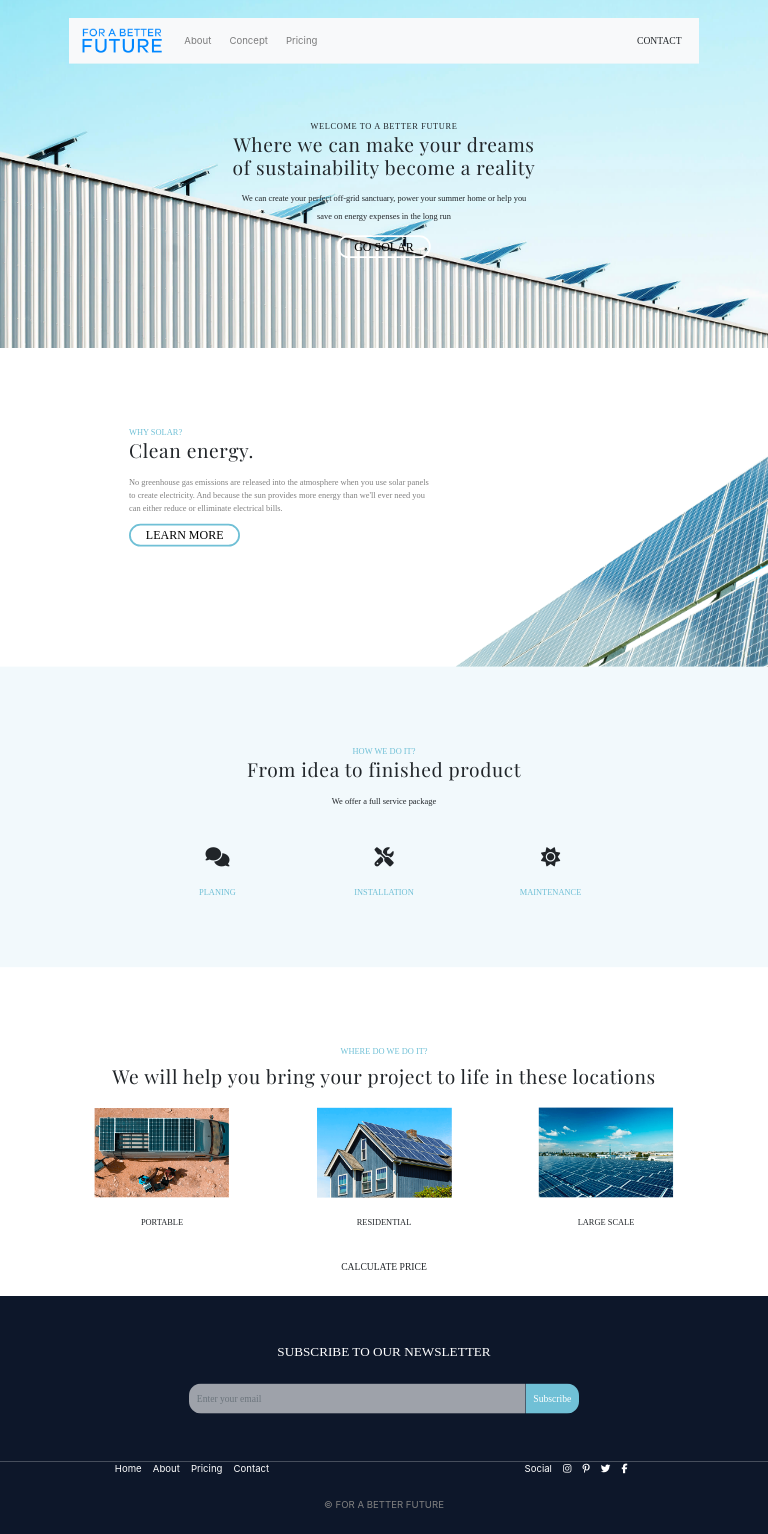
Repository: sabinemm/fabf
Page: index.html
The author's editor kept a record of every edit. The page is drawn from the files as they stood at one moment, then again after the next edit.
The browser window is 1280 px wide. The pictures show the whole page, at 60% of full size.
Backgrounds fixed to the window are drawn as part of the page. Some web fonts or font styles are not loaded; a fallback is used. Some web libraries are served in a nearby version.

Above is the page before.

### index.html
<!DOCTYPE html>
<html lang="en">

<head>
    <meta charset="UTF-8">
    <meta name="viewport" content="width=device-width, initial-scale=1.0">
    <meta http-equiv="X-UA-Compatible" content="ie=edge">
    <link rel="stylesheet" href="./style.css" type="text/css" />
    <link rel="stylesheet" href="https://stackpath.bootstrapcdn.com/bootstrap/4.3.1/css/bootstrap.min.css" integrity="sha384-ggOyR0iXCbMQv3Xipma34MD+dH/1fQ784/j6cY/iJTQUOhcWr7x9JvoRxT2MZw1T" crossorigin="anonymous">
    <link rel="stylesheet" media="screen" href="https://fontlibrary.org/face/roundo" type="text/css" />
    <link rel="stylesheet" media="screen" href="https://fontlibrary.org/face/source-sans-pro" type="text/css" />
    <link href="https://fonts.googleapis.com/css?family=Playfair+Display&display=swap" rel="stylesheet">

    <title>FOR A BETTER FUTURE</title>
</head>

<body>

    <!–-----– NAVBAR ------->

    <div class="container">
        <nav class="navbar navbar-fixed-top navbar-expand-lg navbar-light bg-light">
            <a class="navbar-brand" href="#">
              <img src="./assets/img/logo.svg" height="50px"alt="logo" class="logo">
            </a>
            <button class="navbar-toggler" type="button" data-toggle="collapse" data-target="#navbarText" aria-controls="navbarText" aria-expanded="false" aria-label="Toggle navigation">
                <span class="navbar-toggler-icon"></span>
             </button>
             <div class="collapse navbar-collapse justify-content-center" id="navbarText">
                    <ul class="navbar-nav mr-auto">
                        <li class="nav-item">
                            <a class="nav-link" href="#">About</a>
                        </li>
                        <li class="nav-item">
                            <a class="nav-link" href="#">Concept</a>
                        </li>
                        <li class="nav-item">
                            <a class="nav-link" href="#">Pricing</a>
                        </li>
                    </ul>
                    <span class="navbar-text">
                          <button type="button" class="btn btn-blue-border">CONTACT</button>
                    </span>
            </div>
        </nav>
    </div>

    <!–-----– FIRST SECTION ------->

    <section id="parallax">
        <div class="container">
            <div class="ltitle text-center">
                <p class="uppercase stitle">WELCOME TO A BETTER FUTURE</p>
                <h2> Where we can make your dreams <br> of sustainability become a reality </h2>
                <p class="tparagraph"> We can create your perfect off-grid sanctuary, power your summer home or help you <br> save on energy expenses in the long run</p>
                <button type="button" class="btn-transp-white-border">GO SOLAR</button>
            </div>
        </div>
    </section>

    <!–-----– SECOND SECTION - WHY?------->

    <section id="clean">
        <div class="container container-fluid section-2">
            <div class="row">
                <div class="col col-md-6">
                    <p class="uppercase stitle stitle-blue">WHY SOLAR?</p>
                    <h2 class="ltitle ltitle2"> Clean energy.</h2>
                    <p class="tparagraph tparagraph2"> No greenhouse gas emissions are released into the atmosphere when you use solar panels to create electricity. And because the sun provides more energy than we'll ever need you can either reduce or elliminate electrical bills. </p>
                    <button type="button" class="btn-blue-border">LEARN MORE</button>

                </div>
            </div>

            <div class="container">
                <div class="col col-md-6 offset-md-6">
                    <img src="./assets/img/sidepanel.png" class="sidepanel img-responsive"></img>
                </div>
            </div>
        </div>

    </section>

    <!–-----– THIRD SECTION - HOW? ------->

    <section id="idea">
        <div class="idea-title text-center">
            <p class="uppercase stitle stitle-blue">HOW WE DO IT?</p>
            <h2 class="ltitle ltitle2"> From idea to finished product</h2>
            <p class="tparagraph">We offer a full service package</p>

        </div>
        <div class="container container-fluid ">
            <div class="row m-auto text-center justify-content-center">
                <div class=" col-sm-3 col-md-3">
                    <div class="icon-an"><i class="fas fa-comments fa-2x"></i></div>
                    <p class="uppercase stitle stitle-blue stitlen">PLANING</p>
                </div>
                <div class="col-sm-3 col-md-3">
                    <div class="icon-an"><i class="fas fa-tools fa-2x"></i></div>
                    <p class="uppercase stitle stitle-blue stitlen">INSTALLATION</p>
                </div>
                <div class="col-sm-3 col-md-3">
                    <div class="icon-an"><i class="fas fa-sun fa-2x"></i></div>
                    <p class="uppercase stitle stitle-blue stitlen">MAINTENANCE</p>
                </div>
            </div>

        </div>

    </section>

    <!–-----– FOURTH SECTION - WHERE ------->

    <section id="where">
        <div class=" text-center">
            <p class="uppercase stitle stitle-blue">WHERE DO WE DO IT?</p>
            <h2 class="ltitle wheretitle">We will help you bring your project to life in these locations</h2>


        </div>
        <div class="container container-fluid ">
            <div class="row m-auto text-center justify-content-center">
                <div class=" col-sm-12  col-md-4">
                    <img class="whereimg" src="./assets/img/portable.png"></img>
                    <p class="uppercase stitle stitlen">PORTABLE</p>
                </div>
                <div class="col-sm-12 col-md-4">
                    <img class="whereimg" src="./assets/img/residential.png"></img>
                    <p class="uppercase stitle stitlen">RESIDENTIAL</p>
                </div>
                <div class="col-sm-12 col-md-4">
                    <img class="whereimg" src="./assets/img/large.png"></img>
                    <p class="uppercase stitle stitlen">LARGE SCALE</p>
                </div>
            </div>

        </div>

        <div class="container-fluid">
            <div class="row">
                <div class="col text-center">
                    <button  href="#" type="button" class="btn btn-blue-border ">CALCULATE PRICE</button>
                </div>
            </div>
        </div>


    </section>

    <!–-----– FOOTER ------->

    <section class="home-newsletter">
        <div class="container">
            <div class="row">
                <div class="col-sm-12">
                    <div class="single">
                        <h2>Subscribe to our Newsletter</h2>
                        <div class="input-group">
                            <input type="email" class="form-control" placeholder="Enter your email">
                            <span class="input-group-btn">
         <button class="btn btn-theme" type="submit">Subscribe</button>
         </span>
                        </div>
                    </div>
                </div>
            </div>
        </div>
    </section>

    <section class="footer text-center">
        <div class="container-fluid">
            <div class="row">
                <div class="col-sm-6">
                    <ul class="list-unstyled">
                        <li  class="footer-item"><a href="index.html">Home</a></li>
                        <li  class="footer-item"><a href="#">About</a></li>
                        <li  class="footer-item"><a href="#">Pricing</a></li>
                        <li  class="footer-item"><a href="#">Contact</a></li>

                    </ul>
                </div>
                <div class="col-sm-6">
                    <ul class="list-unstyled">
                    <li class="footer-item">Social</li>
                    <li class="footer-item social-icon" ><a href="#"><i class="fab fa-instagram "></i></a> </li>
                    <li class="footer-item social-icon"><a href="#"><i class="fab fa-pinterest-p "></i></a> </li>
                    <li class="footer-item social-icon" ><a href="#"><i class="fab fa-twitter"></i> </a></li>
                    <li class="footer-item social-icon"><a href="#"><i class="fab fa-facebook-f"></i> </a></li>
                    </ul>
                </div>
            </div>
            <div class="row">
                <div class="col-sm-12">
                    <div class="footer-copyright">
                        <p>© FOR A BETTER FUTURE</p>
                    </div>
                </div>
            </div>
        </div>
    </section>

 <script src="//code.jquery.com/jquery-1.11.1.min.js"></script>
  <script src="//maxcdn.bootstrapcdn.com/bootstrap/3.3.0/js/bootstrap.min.js"></script>
  <script src="https://kit.fontawesome.com/7e530e9396.js"></script>


</body>
</html>

### style.css
/*-------------------navbar------------------*/

.navbar {
    margin-top: 30px;
    margin-left: 30px;
    margin-right: 30px;

}

@media (max-width:536px) {
    .navbar {
        margin-top: 15px;
        margin-left: 10px;
        margin-right: 10px;
    }
}


/*-------------------Buttons------------------*/

.btn-transp-white-border,
.btn-transp-white-border:hover,
.btn-transp-white-border:active,
.btn-transp-white-border:visited,
.btn-transp-white-border:active:focus,
.btn-transp-white-border:focus {
    background-color: rgba(0, 0, 0, 0);
    border: solid 3px white;
    border-radius: 30px;
    color: black;
    text-align: center;
    text-decoration: none;
    display: inline-block;
    font-size: 20px;
    font-family: 'SourceSansProRegular';
    padding-left: 25px;
    padding-right: 25px;
}


.btn-transp-white-border:hover {
    background-color: rgba(255, 255, 255, 0.5);
    padding-left: 25px;
    padding-right: 25px;
}


.btn-blue-border,
.btn-blue-border:active,
.btn-blue-border:visited,
.btn-blue-border:active:focus,
.btn-blue-border:focus {
    background-color: rgba(0, 0, 0, 0);
    border: solid 3px rgb(112, 192, 214);
    border-radius: 30px;
    color: black;
    text-align: center;
    text-decoration: none;
    display: inline-block;
    font-size: 20px;
    font-family: 'SourceSansProRegular';
    padding-left: 25px;
    padding-right: 25px;

}

.btn-blue-border:hover {
    background-color: rgba(112, 192, 214, 0.5) !important;
    padding-left: 25px;
    padding-right: 25px;
}


/*-------------------SECTION 1 PAGE 1------------------*/

#parallax {
    background: url(./assets/img/1page1section.jpg);
    background-attachment: fixed;
    background-position: bottom;
    background-repeat: no-repeat;
    background-size: cover;
    margin-top: -110px;
}

@media (max-width:536px) {
    #parallax {
        margin-top: -110px;
    }
}

.stitle {
    font-size: 14px;
    font-family: 'RoundoRegular';
    font-weight: 500;
    font-style: normal;
    margin-bottom: -5px;
}

.ltitle {
    padding-top: 200px;
    font-family: 'Playfair Display';
    letter-spacing: 1px;
    line-height: 30px;
    padding-bottom: 150px;
}

@media (max-width:768px) {
    .ltitle {
        padding-top: 150px;
        padding-bottom: 100px;
    }
}

.tparagraph {
    padding-top: 10px;
    font-family: 'SourceSansProRegular';
    font-weight: normal;
    font-style: normal;
    font-size: 14px;
    letter-spacing: 0;
}

@media (max-width:768px) {
    br {
        display: none !important;
        visibility: hidden;
    }
}

/*-------------------SECTION 2 PAGE 1 WHY------------------*/

#clean {
    padding-left: 0;
}

@media (min-width:768px) {
    #clean {
        padding-left: 200px;
    }
}


.stitle-blue {
    color: rgb(112, 192, 214);
    padding-top: 70px;

}

@media (min-width:768px) {
    .stitle-blue {
        padding-top: 130px;
    }
}

.ltitle2 {
    padding-top: 10px;
    padding-bottom: 10px;
}

.tparagraph2 {
    color: gray;

}

.section-2 {
    padding-bottom: 100px;
}

.sidepanel {
    position: relative;
    float: right;
    height: 400px;
    margin-top: -150px;
    margin-right: -45px;
    z-index: -1;
}

/*-------------------SECTION 3 PAGE 1 HOW------------------*/

#idea {
    background-color: rgb(242, 249, 252);
    padding-bottom: 70px;
}

.idea-title {
    ;
    padding-bottom: 50px;
    margin-top: 100px;
}

.stitlen {
    padding-top: 30px;
    padding-bottom: 50px;
}

.icon-an {
    -webkit-transition: all 0.5s ease-in-out;
    -moz-transition: all 0.5s ease-in-out;
    -ms-transition: all 0.5s ease-in-out;
    transition: all 0.5s ease-in-out;
}

.icon-an:hover {
    -webkit-transform: rotate(-20deg);
    -moz-transform: rotate(-20deg);
    -ms-transform: rotate(-20deg);
    transform: rotate(-20deg);
}

/*-------------------SECTION 4 PAGE 1 WHERE------------------*/

.whereimg {
    height: 150px;
}

.wheretitle {
    padding-top: 20px;
    padding-bottom: 30px;
}


#where {
    padding-bottom: 30px;
}

/*-------------------FOOTER SUBSCRIPTION BOX------------------*/

.home-newsletter {
    padding: 80px 0;
    background: #0D172A;
}

.home-newsletter .single {
    max-width: 650px;
    margin: 0 auto;
    text-align: center;
    position: relative;
    z-index: 2;
    font-family: 'SourceSansProRegular';
}

.home-newsletter .single h2 {
    font-size: 22px;
    color: white;
    text-transform: uppercase;
    margin-bottom: 40px;

}

.home-newsletter .single .form-control {
    height: 50px;
    background: rgba(255, 255, 255, 0.6);
    border-color: transparent;
    border-radius: 20px 0 0 20px;

}

.home-newsletter .single .form-control:focus {
    box-shadow: none;
    border-color: #243c4f;

}

.home-newsletter .single .btn {
    min-height: 50px;
    border-radius: 0 20px 20px 0;
    background: rgb(112, 192, 214);
    color: #fff;
}


/*-------------------FOOTER SOCIAL------------------*/

.footer-item {
    display: inline-block;
}

ul {
    list-style-type: none;
}

li {
    padding-left: 7px;
    padding-right: 7px;
    color: white;
}

.footer {
    background-color: #0D172A;
}


.footer-copyright {
    color: grey;
    padding-top: 20px;
    padding-bottom: 20px;
}



a:link {
    color: white;
    -webkit-transition: all 0.3s ease-in-out;
    -moz-transition: all 0.3s ease-in-out;
    -ms-transition: all 0.3s ease-in-out;
    transition: all 0.3s ease-in-out;
}

a:visited {
    color: grey;
}

a:hover {
    color: rgb(112, 192, 214) !important;
    text-decoration: none !important;
}

a:active {
    color: rgb(112, 192, 214);
    text-decoration: none !important;
}

After the next edit:
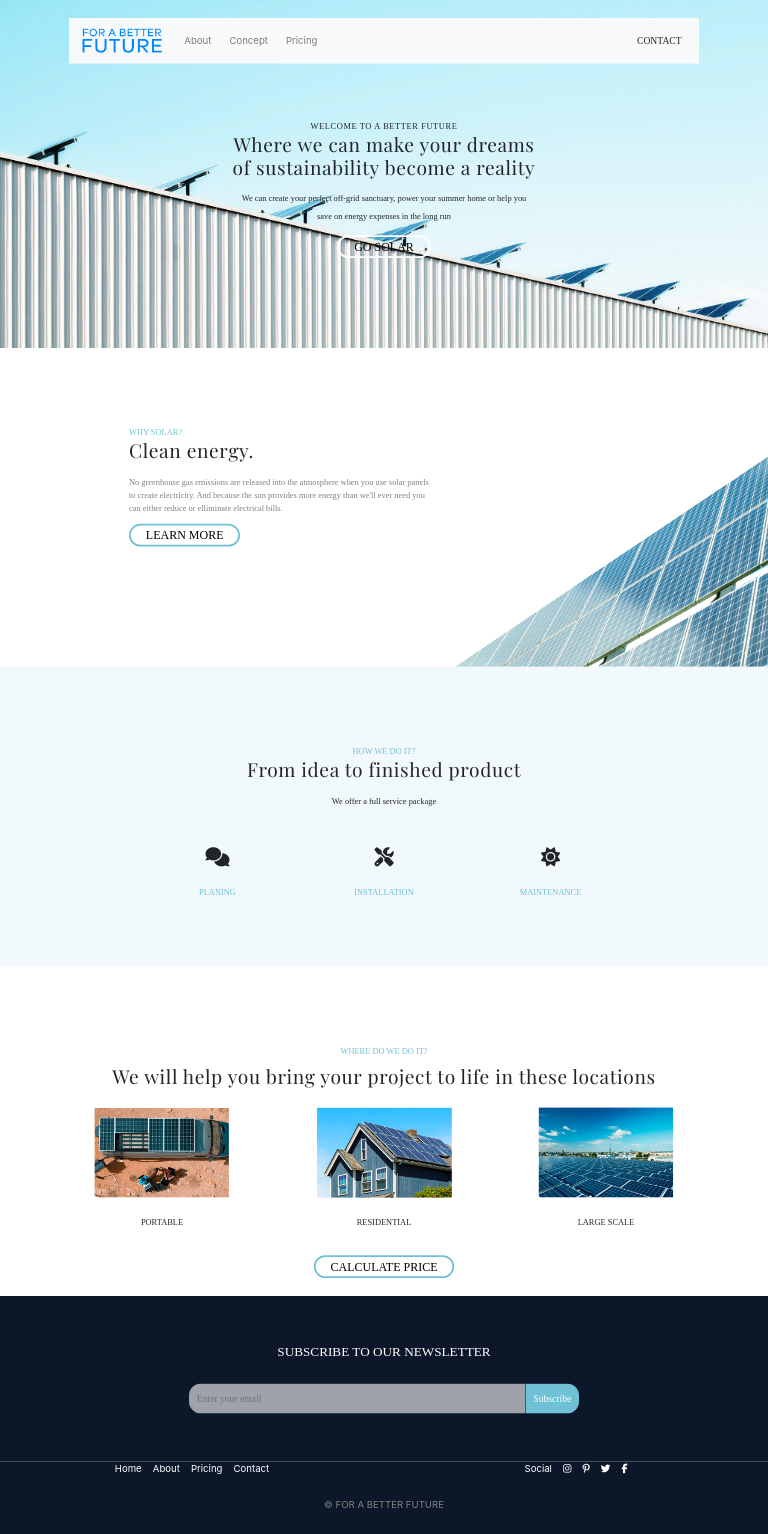
The edit:
--- a/index.html
+++ b/index.html
@@ -140,7 +140,7 @@
         <div class="container-fluid">
             <div class="row">
                 <div class="col text-center">
-                    <button  href="#" type="button" class="btn btn-blue-border ">CALCULATE PRICE</button>
+                    <button  href="#" type="button" class="btn-blue-border ">CALCULATE PRICE</button>
                 </div>
             </div>
         </div>
